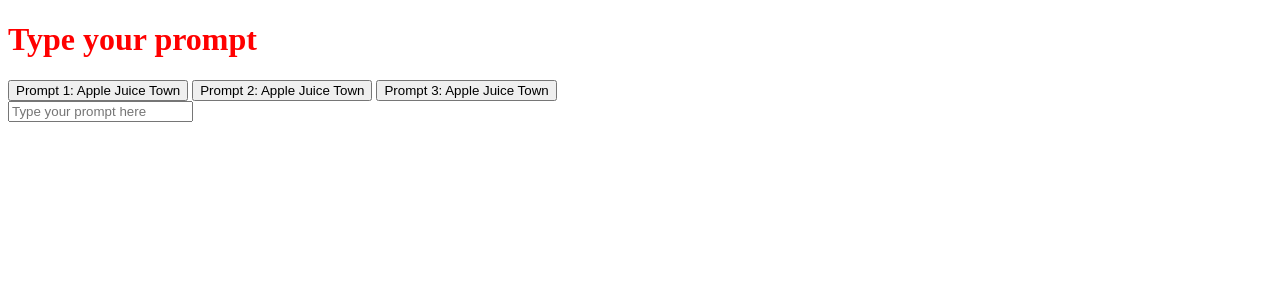
Repository: Appl3Kitti3/PROJECT_4537
Page: ClientSide/index.html
An editor plug-in stored every save of this project. The page is shown before and after the next save, followed by the edit.
The browser window is 1280 px wide. The pictures show the whole page.

Above is the page before, as saved 2024-10-17 20:54:34.

### ClientSide/index.html
<!DOCTYPE html>
<html>
    <head>
        <title>Client Side</title>
        <style>
            h1 {
                color: red;
            }
        </style>
    </head>
    <body>
        <h1>
            Type your prompt
        </h1>

        <!-- This is the div that maps out the AI's generated prompts as ideas -->
        <div>
            <button
            class="ai_generated_prompt"
            >Prompt 1: Apple Juice Town </button>
            <button
            class="ai_generated_prompt"
            >Prompt 2: Apple Juice Town </button>
            <button
            class="ai_generated_prompt">Prompt 3: Apple Juice Town </button>

        </div>
        <div>
            <form>
                <input type="text" id="prompt" placeholder="Type your prompt here" />
            </form>
        </div>

        <script>

            function test()
            {
                document.getElementsByClassName("ai_generated_prompt").forEach(function(element)
                {
                    element.addEventListener("click", function()
                    {
                        onPromptSelect(element);
                    });
                });
            }
            function onPromptSelect(element)
            {
                var prompt = element.innerHTML;
                document.getElementById("prompt").value = prompt;
            }
        </script>
    </body>
</html>

After the next save:
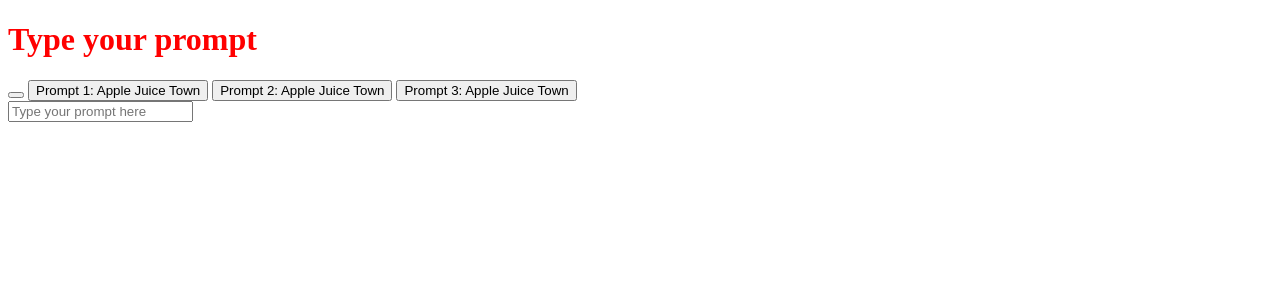
Saved 10 s later.
--- a/ClientSide/index.html
+++ b/ClientSide/index.html
@@ -15,6 +15,9 @@
 
         <!-- This is the div that maps out the AI's generated prompts as ideas -->
         <div>
+            <button>
+
+            </button>
             <button
             class="ai_generated_prompt"
             >Prompt 1: Apple Juice Town </button>
